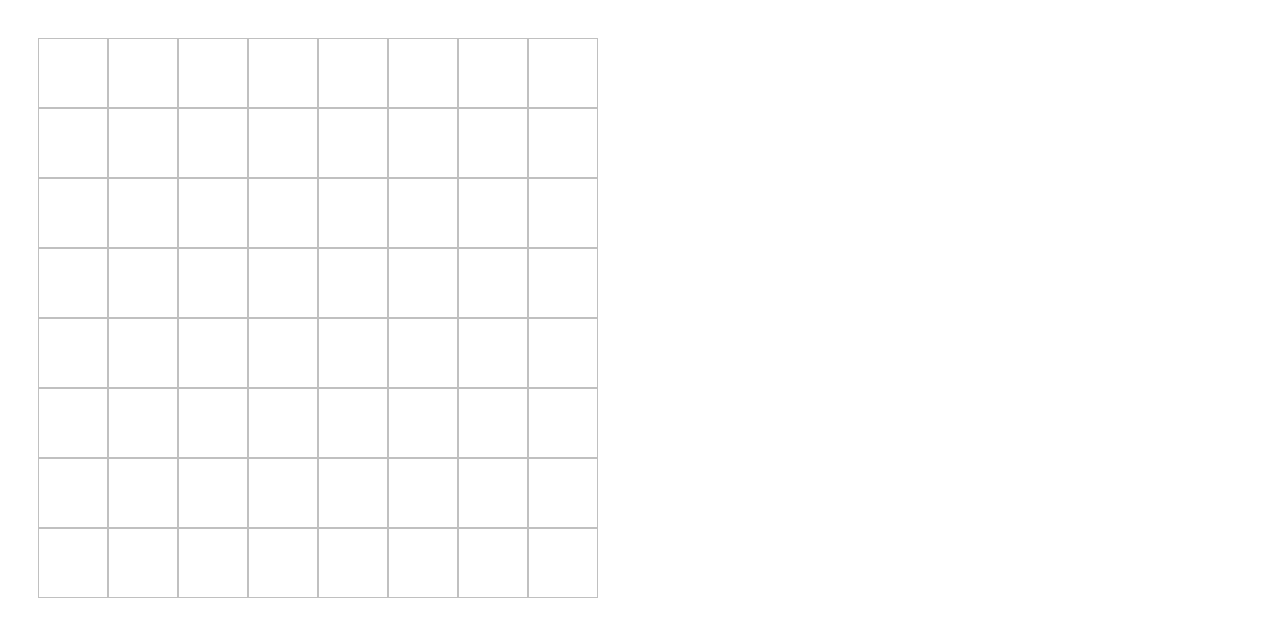
Repository: om1ars/javascript-candy-crush
Page: /
These files come from the project's save history. The page is drawn as it stood at one moment and after the next save; the edit follows.
The browser window is 1280 px wide. The pictures show the whole page.
The project was rebuilt for these pictures with package versions that can differ from the ones it lists, and the page was loaded fresh each time.

Above is the page before, as saved 2022-01-06 04:12:45.

### src/index.css
.app {
  display: flex;
  padding: 30px;
}
.game {
  width: 560px;
  height: 560px;
  display: flex;
  flex-wrap: wrap;
}


.game img {
  width: 70px;
  height: 70px;


}

### src/App.js
import { useEffect, useState } from "react";

const width = 8;
const candyColors = ["blue, green", "orange", "red", "purple", "red", "yellow"];

function App() {
  const [currentColor, setCurrentColor] = useState([]);
  const createBoard = () => {
    const randomColorArrangeMent = [];
    for (let i = 0; i < width * width; i++) {
      const randomDomNumber = Math.floor(Math.random() * candyColors.length);
      const randomColor = candyColors[randomDomNumber];
      randomColorArrangeMent.push(randomColor);
    }
    setCurrentColor(randomColorArrangeMent);
  };

  useEffect(() => {
    createBoard();
  }, []);

  console.log(currentColor);

  return (
    <div className="app">
      <div className="game">{currentColor.map((candyColor, i) => (
        <img />
      ))}</div>
    </div>
  );
}

export default App;

Loaded but not shown: public/index.html (common file); src/index.js (common file)

After the next save:
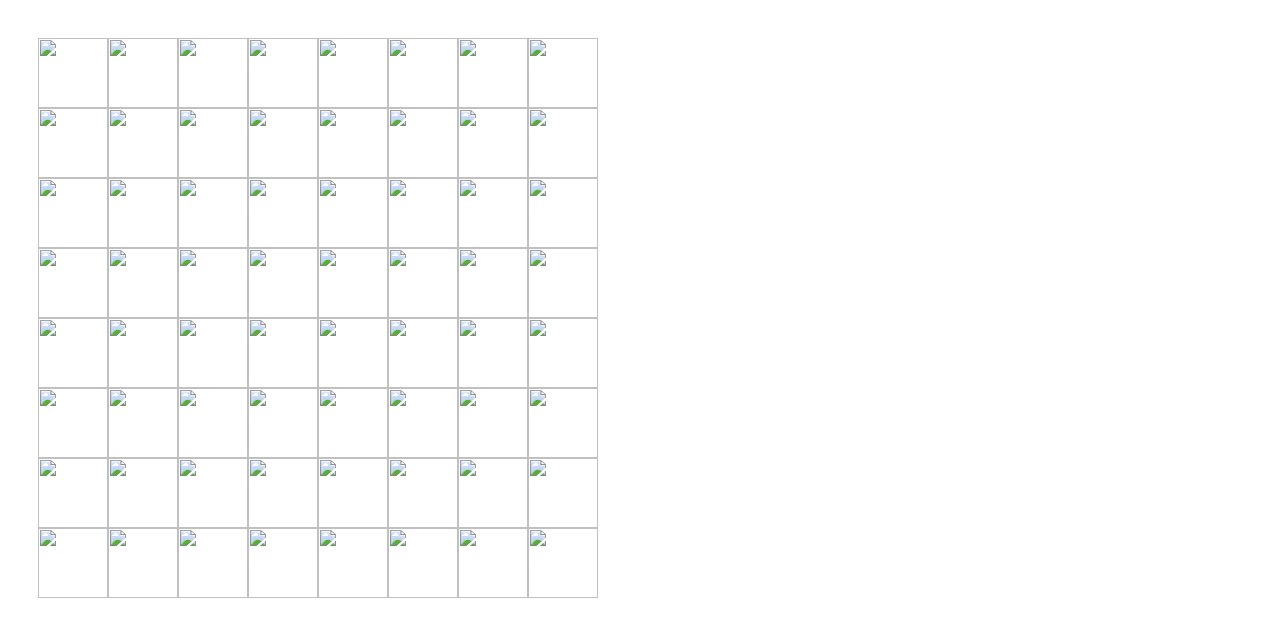
Saved 5 s later.
--- a/src/App.js
+++ b/src/App.js
@@ -24,7 +24,7 @@ function App() {
   return (
     <div className="app">
       <div className="game">{currentColor.map((candyColor, i) => (
-        <img />
+        <img src="" />
       ))}</div>
     </div>
   );
